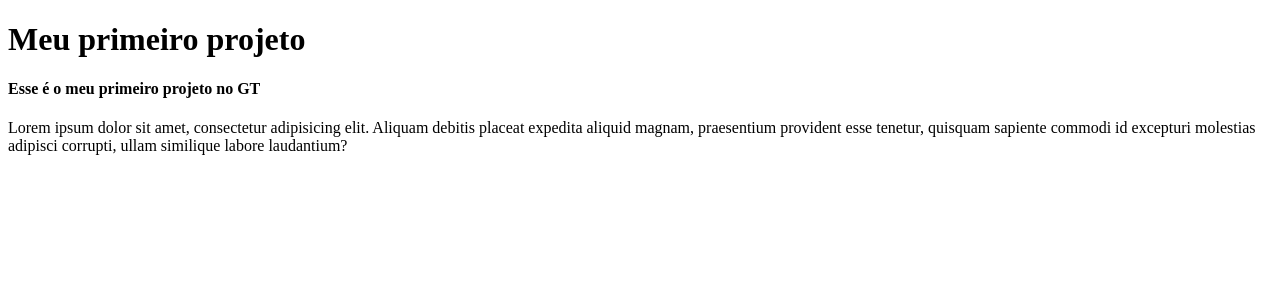
Repository: geracao-11/aula01
Page: index.html
The author's editor kept a copy of each file at every save. The page is drawn from the files as they stood at one save, then again after the next save.
The browser window is 1280 px wide. The pictures show the whole page.

Above is the page before, as saved 2025-04-02 09:15:45.

### index.html
<!DOCTYPE html>
<html lang="pt-br">
  <head>
    <meta charset="UTF-8" />
    <meta name="viewport" content="width=device-width, initial-scale=1.0" />
    <title>Teste</title>
  </head>
  <body>
    <header>
      <h1>Meu primeiro projeto</h1>
      <h4>Esse é o meu primeiro projeto no GT</h4>
    </header>
    <main>
        <p>
            Lorem ipsum dolor sit amet, consectetur adipisicing elit. Aliquam debitis placeat expedita aliquid magnam, praesentium provident esse tenetur, quisquam sapiente commodi id excepturi molestias adipisci corrupti, ullam similique labore laudantium?
        </p>
    </main>
    <footer></footer>
  </body>
</html>

After the next save:
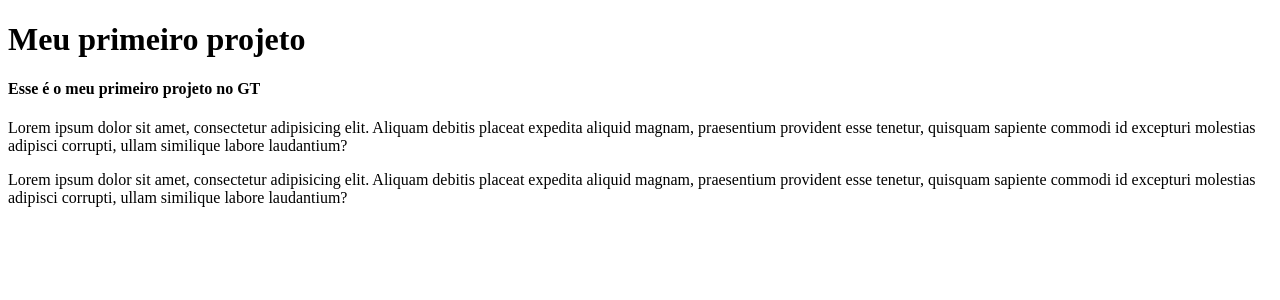
Saved 28 s later.
--- a/index.html
+++ b/index.html
@@ -14,6 +14,9 @@
         <p>
             Lorem ipsum dolor sit amet, consectetur adipisicing elit. Aliquam debitis placeat expedita aliquid magnam, praesentium provident esse tenetur, quisquam sapiente commodi id excepturi molestias adipisci corrupti, ullam similique labore laudantium?
         </p>
+        <p>
+            Lorem ipsum dolor sit amet, consectetur adipisicing elit. Aliquam debitis placeat expedita aliquid magnam, praesentium provident esse tenetur, quisquam sapiente commodi id excepturi molestias adipisci corrupti, ullam similique labore laudantium?
+        </p>
     </main>
     <footer></footer>
   </body>
